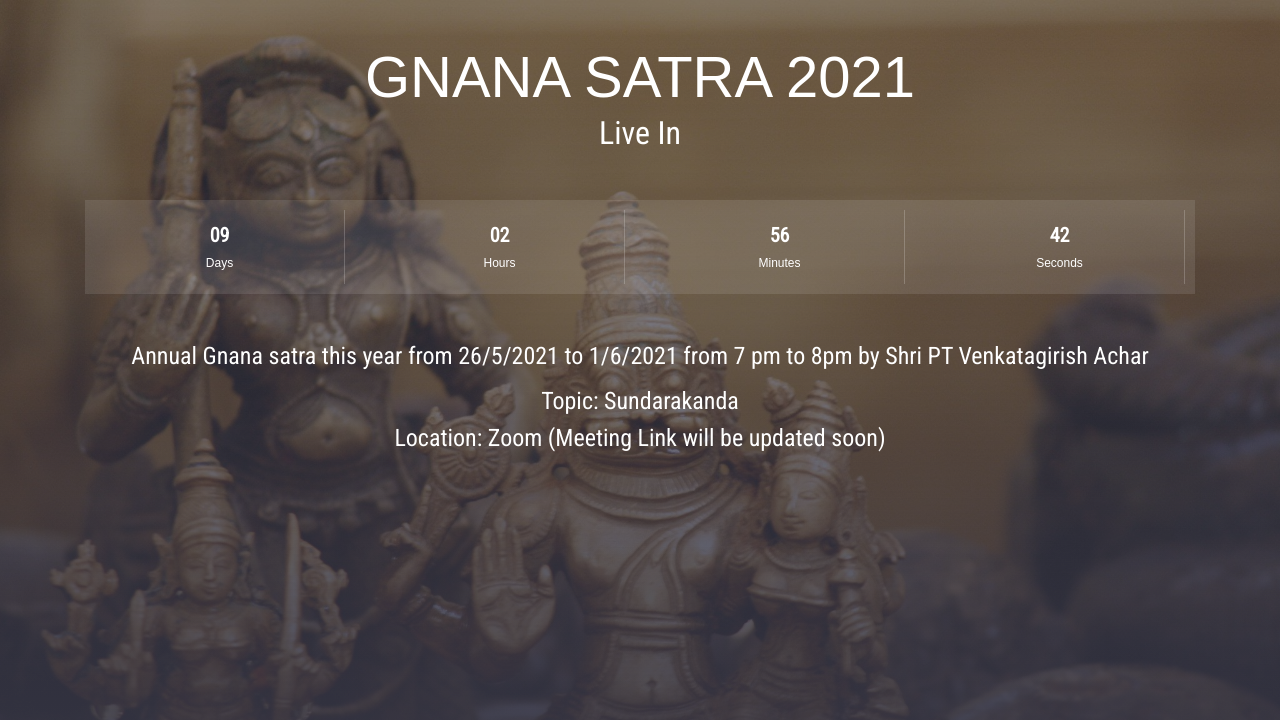
Repository: anirudhbichal/gs
Page: /
The author's editor kept a copy of each file at every save. The page is drawn from the files as they stood at one save, then again after the next save.
The browser window is 1280 px wide. The pictures show the whole page.
Some web fonts or font styles are not loaded; a fallback is used. The project was rebuilt for these pictures with package versions that can differ from the ones it lists, and the page was loaded fresh each time.

Above is the page before, as saved 2021-05-17 18:41:30.

### public/index.html
<!DOCTYPE html>
<html lang="en">
  <head>
    <meta charset="utf-8" />
    <meta name="viewport" content="width=device-width, initial-scale=1" />
    <meta name="theme-color" content="#000000" />
    <meta
      name="description"
      content="Gnana Satra website"
    />
    <link rel="apple-touch-icon" href="%PUBLIC_URL%/logo192.png" />
    <!--
      manifest.json provides metadata used when your web app is installed on a
      user's mobile device or desktop. See https://developers.google.com/web/fundamentals/web-app-manifest/
    -->
    <link rel="manifest" href="%PUBLIC_URL%/manifest.json" />
    <!--
      Notice the use of %PUBLIC_URL% in the tags above.
      It will be replaced with the URL of the `public` folder during the build.
      Only files inside the `public` folder can be referenced from the HTML.

      Unlike "/favicon.ico" or "favicon.ico", "%PUBLIC_URL%/favicon.ico" will
      work correctly both with client-side routing and a non-root public URL.
      Learn how to configure a non-root public URL by running `npm run build`.
    -->
    <title>Gnana Satra</title>
  </head>
  <body>
    <noscript>You need to enable JavaScript to run this app.</noscript>
    <div id="root"></div>
    <!--
      This HTML file is a template.
      If you open it directly in the browser, you will see an empty page.

      You can add webfonts, meta tags, or analytics to this file.
      The build step will place the bundled scripts into the <body> tag.

      To begin the development, run `npm start` or `yarn start`.
      To create a production bundle, use `npm run build` or `yarn build`.
    -->
  </body>
</html>

### src/App.js
import 'bootstrap/dist/css/bootstrap.min.css';
import './App.css';
import Container from 'react-bootstrap/Container';
import Timer from "./components/countdown/Timer";

function App() {
  return (
    <div className="App">
      <Container className="my-5">
        <h1>
          Gnana Satra 2021
        </h1>
        <h2 className="mb-5">Live In</h2>
        <Timer />
        <h4 className="mt-5 css-typing">
          Annual Gnana satra this year from 26/5/2021 to 1/6/2021 from 7 pm to 8pm by Shri PT Venkatagirish Achar
        </h4>
        <h4 className="mt-3">
          Topic: Sundarakanda
        </h4>
        <h4>
          Location: Zoom (Meeting Link will be updated soon)
        </h4>
      </Container>
    </div>
  );
}

export default App;

### src/App.css
@import url("https://fonts.googleapis.com/css?family=Roboto+Condensed&display=swap");
@import url('https://fonts.cdnfonts.com/css/samarkan');

body {
  color: #fff;
  font-family: "Roboto Condensed", sans-serif;
  background-image: url('gs-bg.jpg');
  background-repeat:no-repeat;
  background-position: top top;
  background-size: cover;
  margin: 0;
}

.App {
  position: fixed;
  top: 0;
  left: 0;
  right: 0;
  bottom: 0;
  text-align: center;
  background: rgb(55, 55, 70);
  background: linear-gradient(
    0deg,
    rgba(55, 55, 70, 0.9) 0%,
    rgba(55, 55, 70, 0.7) 50%,
    rgba(55, 55, 70, 0.6) 100%
  );
}

h1 {
  font-family: 'Samarkan', sans-serif;
  font-size: 58px;
  text-transform: uppercase;
  line-height: 1;
}

.css-typing {
  border-right: .15em solid white;
  width: 100%;
  white-space: nowrap;
  overflow: hidden;
  -webkit-animation: type 2s steps(40, end);
  animation: type 2s steps(40, end);
  -webkit-animation-fill-mode: forwards;
  animation-fill-mode: forwards;
}

@keyframes type {
  0% {
    width: 0;
  }
  99.9% {
    border-right: .15em solid white;
  }
  100% {
    border: none;
  }
}

@-webkit-keyframes type {
  0% {
    width: 0;
  }
  99.9% {
    border-right: .15em solid white;
  }
  100% {
    border: none;
  }
}

@keyframes blink {
  50% {
    border-color: transparent;
  }
}
@-webkit-keyframes blink {
  50% {
    border-color: tranparent;
  }
}

### src/components/countdown/Timer.js
import React, { Component } from "react";
// import moment from 'moment';
import Container from 'react-bootstrap/Container';
import Row from 'react-bootstrap/Row';
import Col from 'react-bootstrap/Col';
import "./Timer.css";

class CountDown extends Component {
  constructor(props) {
    super(props);
    this.count = this.count.bind(this);
    this.state = {
      days: 0,
      minutes: 0,
      hours: 0,
      secounds: 0,
      time_up: ""
    };
    this.x = null;
    this.deadline = null;
  }
  count() {
    var now = new Date().getTime();
    var t = this.deadline - now;
    var dd = Math.floor(t / (1000 * 60 * 60 * 24));
    var hh = Math.floor((t % (1000 * 60 * 60 * 24)) / (1000 * 60 * 60));
    var mm = Math.floor((t % (1000 * 60 * 60)) / (1000 * 60));
    var ss = Math.floor((t % (1000 * 60)) / 1000);

    var days = dd < 10 ? "0" + dd : dd;
    var hours = hh < 10 ? "0" + hh : hh;
    var minutes = mm < 10 ? "0" + mm : mm;
    var seconds = ss < 10 ? "0" + ss : ss;

    this.setState({ days, minutes, hours, seconds });

    if (t < 0) {
      clearInterval(this.x);
      this.setState({
        days: 0,
        minutes: 0,
        hours: 0,
        seconds: 0,
        time_up: "TIME IS UP"
      });
    }
  }
  componentDidMount() {
    this.deadline = new Date("May 26, 2021 19:00:00").getTime();

    this.x = setInterval(this.count, 1000);
  }

  render() {
    const { days, seconds, hours, minutes } = this.state;
    return (
      <Container id="countdown">
        <Row>
            <Col>
                <div className="box">
                    <p id="day">{days}</p>
                    <span className="text">Days</span>
                </div>
            </Col>
            <Col>
                <div className="box">
                    <p id="hour">{hours}</p>
                    <span className="text">Hours</span>
                </div>
            </Col>
            <Col>
                <div className="box">
                    <p id="minute">{minutes}</p>
                    <span className="text">Minutes</span>
                </div>
            </Col>
            <Col>
                <div className="box">
                    <p id="second">{seconds}</p>
                    <span className="text">Seconds</span>
                </div>
            </Col>
        </Row>
      </Container>
    );
  }
}

export default CountDown;

### src/components/countdown/Timer.css
#countdown {
    padding: 10px;
    background-color: rgba(255, 255, 255, 0.1);
    display: inline-block;
    text-align: center;
    margin: auto;
  }
  #countdown .box {
    padding: 10px;
    border-right: solid 1px rgba(255, 255, 255, 0.2);
  }
  #countdown .col-4:last-child .box {
    border-right-color: transparent;
  }
  #countdown .box p {
    font-size: 20px;
    font-weight: bold;
    margin: 0;
  }
  #countdown .box .text {
    font-size: 12px;
    font-family: sans-serif;
  }

Loaded but not shown: src/index.js (common file); src/index.css (common file); src/reportWebVitals.js (common file)

After the next save:
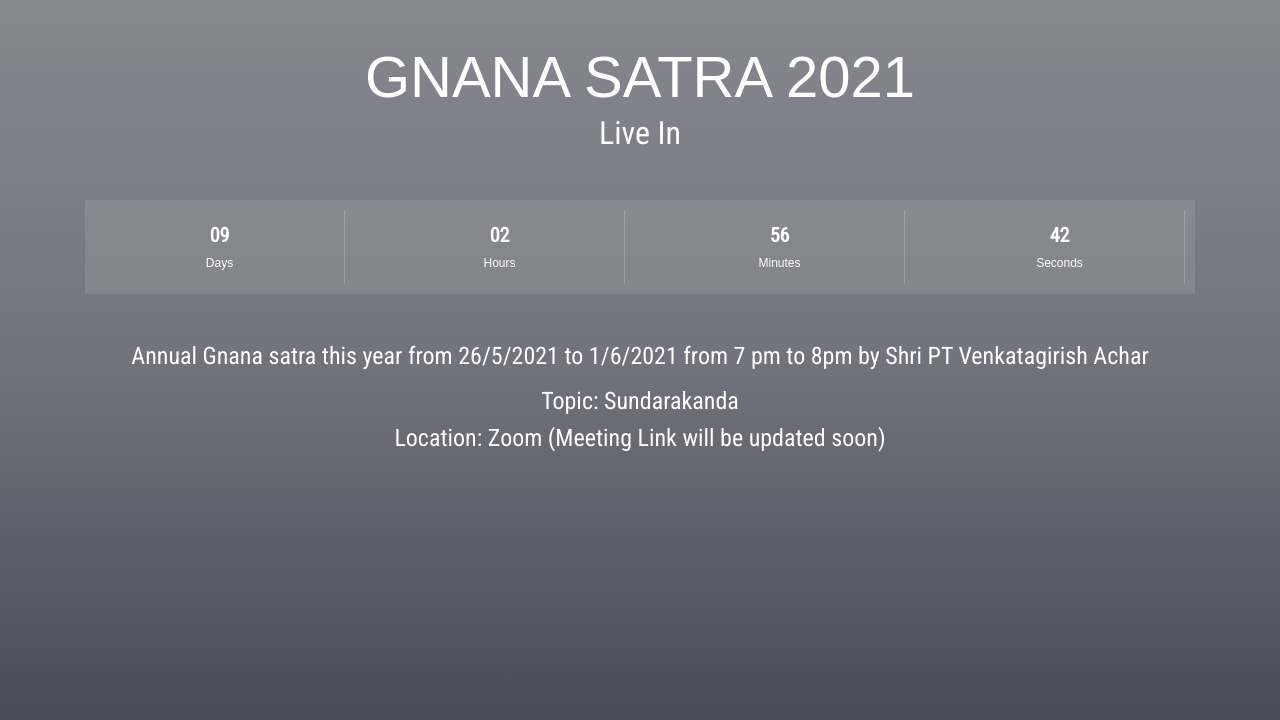
Saved 19 s later.
--- a/src/App.css
+++ b/src/App.css
@@ -6,8 +6,8 @@
   font-family: "Roboto Condensed", sans-serif;
   background-image: url('gs-bg.jpg');
   background-repeat:no-repeat;
-  background-position: top top;
-  background-size: cover;
+  background-position: center;
+  background-size: contain;
   margin: 0;
 }
 

After the 3 saves that followed:
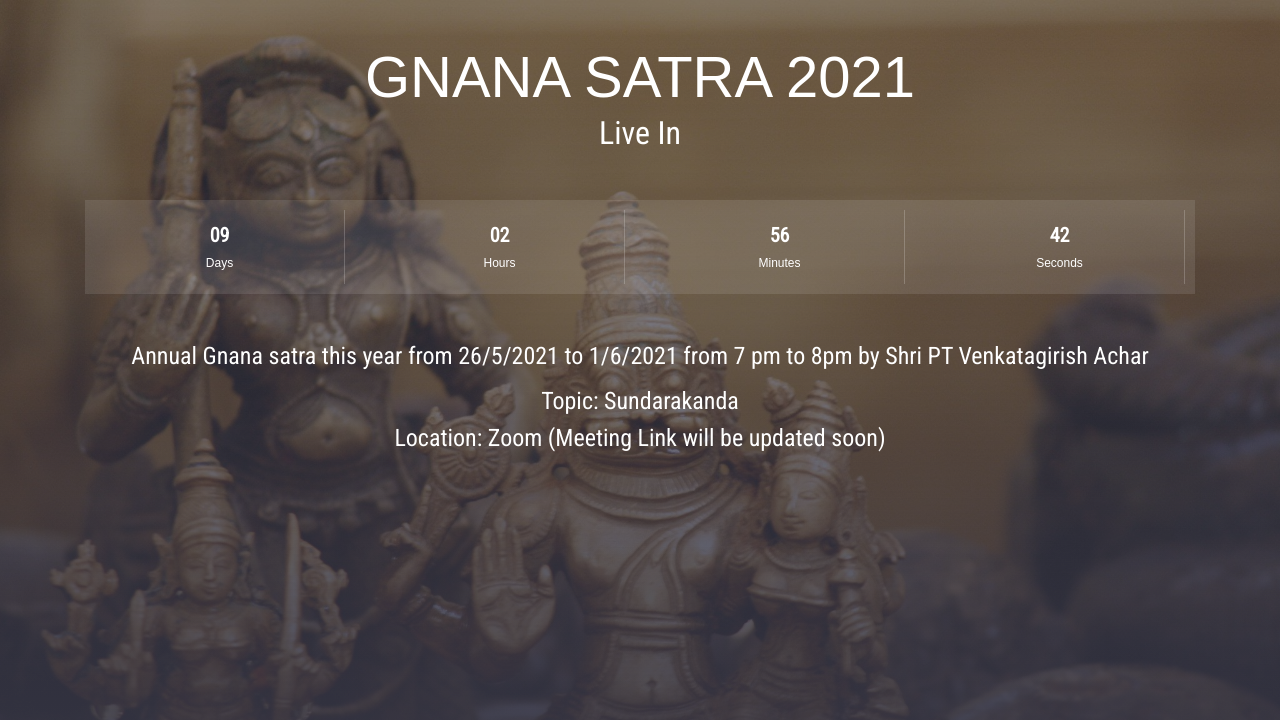
The 3 saves are shown as one change because 2 left the picture as it was.
The last was saved 3 min 9 s later.
--- a/src/App.css
+++ b/src/App.css
@@ -6,8 +6,8 @@
   font-family: "Roboto Condensed", sans-serif;
   background-image: url('gs-bg.jpg');
   background-repeat:no-repeat;
-  background-position: center;
-  background-size: contain;
+  background-size: cover;
+  background-position: top top;
   margin: 0;
 }
 
